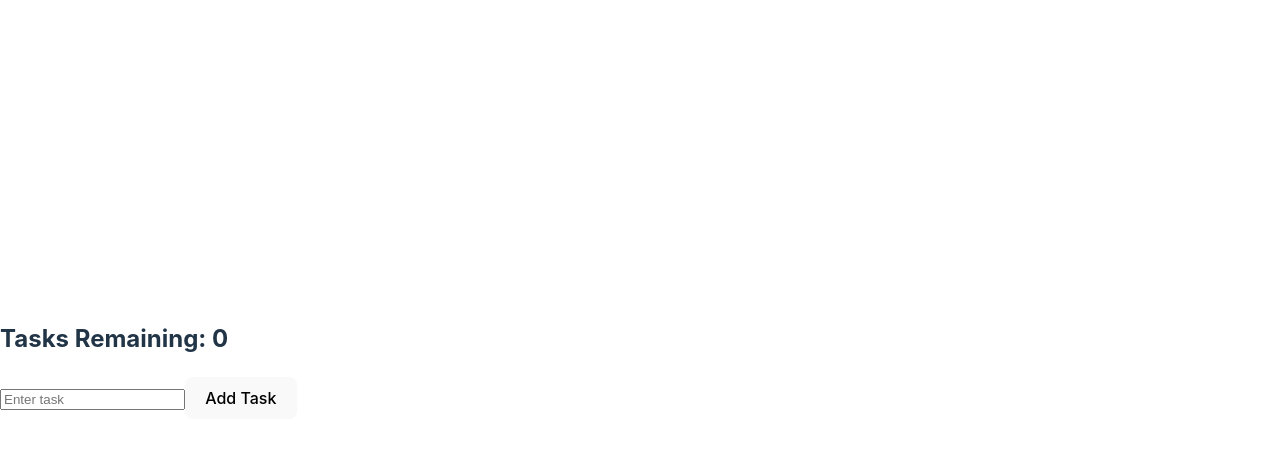
Repository: MelissaJacobi/frontend-assignment-4
Page: /
These files come from the project's save history. The page is drawn as it stood at one moment and after the next save; the edit follows.
The browser window is 1280 px wide. The pictures show the whole page.
The project was rebuilt for these pictures with package versions that can differ from the ones it lists, and the page was loaded fresh each time. Also part of the build but not shown: vite.config.js, src/App.css.

Above is the page before, as saved 2024-10-12 21:39:49.

### src/App.jsx
import React, { useState } from 'react';
import './App.css';

function TaskList() {
    const [tasks, setTasks] = useState([]);
    const [taskInput, setTaskInput] = useState('');

    const addTask = () => {
        if (!taskInput.trim()) {
            alert("Please enter a task!");
            return;
        }

        const newTask = { task: taskInput.trim(), completed: false };
        setTasks(prevTasks => [...prevTasks, newTask]);
        setTaskInput('');
    };

    const deleteTask = (index) => {
        setTasks(prevTasks => prevTasks.filter((_, i) => i !== index));
    };

    const toggleCompletion = (index) => {
        setTasks(prevTasks => prevTasks.map((task, i) =>
            i === index ? { ...task, completed: !task.completed } : task
        ));
    };

    const remainingTasks = tasks.filter(task => !task.completed).length;

    return (
        <div className="task-list-container">
            <h2>Tasks Remaining: {remainingTasks}</h2>
            <input
                type="text"
                placeholder="Enter task"
                value={taskInput}
                onChange={(e) => setTaskInput(e.target.value)}
            />
            <button onClick={addTask}>Add Task</button>

            <div id="taskList">
                {tasks.map((task, index) => (
                    <div key={index} className={`task ${task.completed ? 'completed' : ''}`}>
                        <input
                            type="checkbox"
                            checked={task.completed}
                            onChange={() => toggleCompletion(index)}
                        />
                        <span className="task-text">{task.task}</span>
                        <button onClick={() => deleteTask(index)} className="deleteButton">Delete</button>
                    </div>
                ))}
            </div>
        </div>
    );
}

export default TaskList;

### src/index.css
:root {
  font-family: Inter, system-ui, Avenir, Helvetica, Arial, sans-serif;
  line-height: 1.5;
  font-weight: 400;

  color-scheme: light dark;
  color: rgba(255, 255, 255, 0.87);
  background-color: #242424;
}

body {
  margin: 0;
  display: flex;
  place-items: center;
  min-width: 320px;
  min-height: 100vh;
}

h1 {
  font-size: 3.2em;
  line-height: 1.1;
}

button {
  border-radius: 8px;
  border: 1px solid transparent;
  padding: 0.6em 1.2em;
  font-size: 1em;
  font-weight: 500;
  font-family: inherit;
  background-color: #1a1a1a;
  cursor: pointer;
  transition: border-color 0.25s;
}
button:hover {
  border-color: #646cff;
}
button:focus,
button:focus-visible {
  outline: 4px auto -webkit-focus-ring-color;
}

@media (prefers-color-scheme: light) {
  :root {
    color: #213547;
    background-color: #ffffff;
  }
  a:hover {
    color: #747bff;
  }
  button {
    background-color: #f9f9f9;
  }
}

Loaded but not shown: index.html (common file); src/main.jsx (common file)

After the next save:
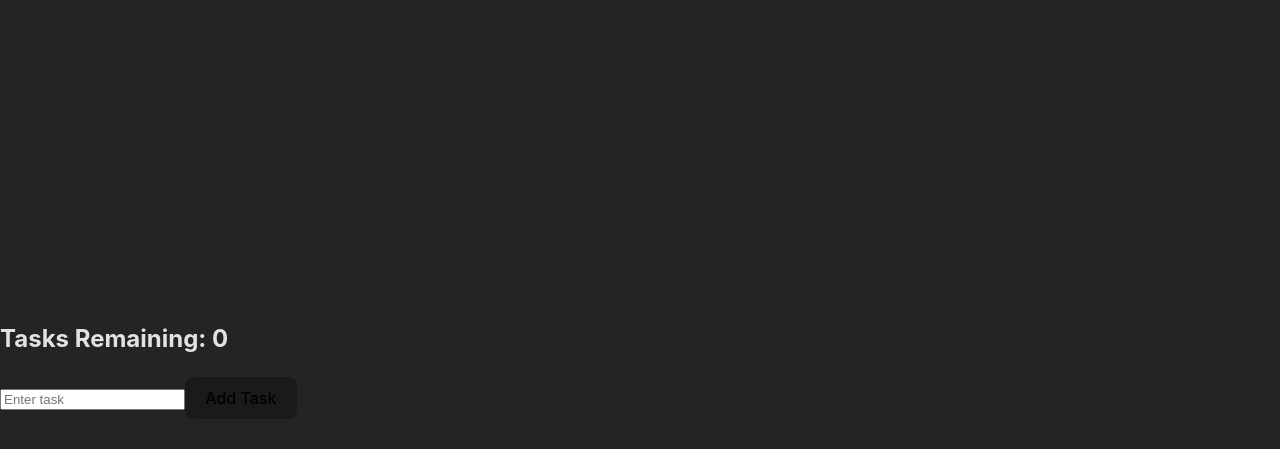
Saved 26 s later.
--- a/src/index.css
+++ b/src/index.css
@@ -39,16 +39,3 @@ button:focus,
 button:focus-visible {
   outline: 4px auto -webkit-focus-ring-color;
 }
-
-@media (prefers-color-scheme: light) {
-  :root {
-    color: #213547;
-    background-color: #ffffff;
-  }
-  a:hover {
-    color: #747bff;
-  }
-  button {
-    background-color: #f9f9f9;
-  }
-}
